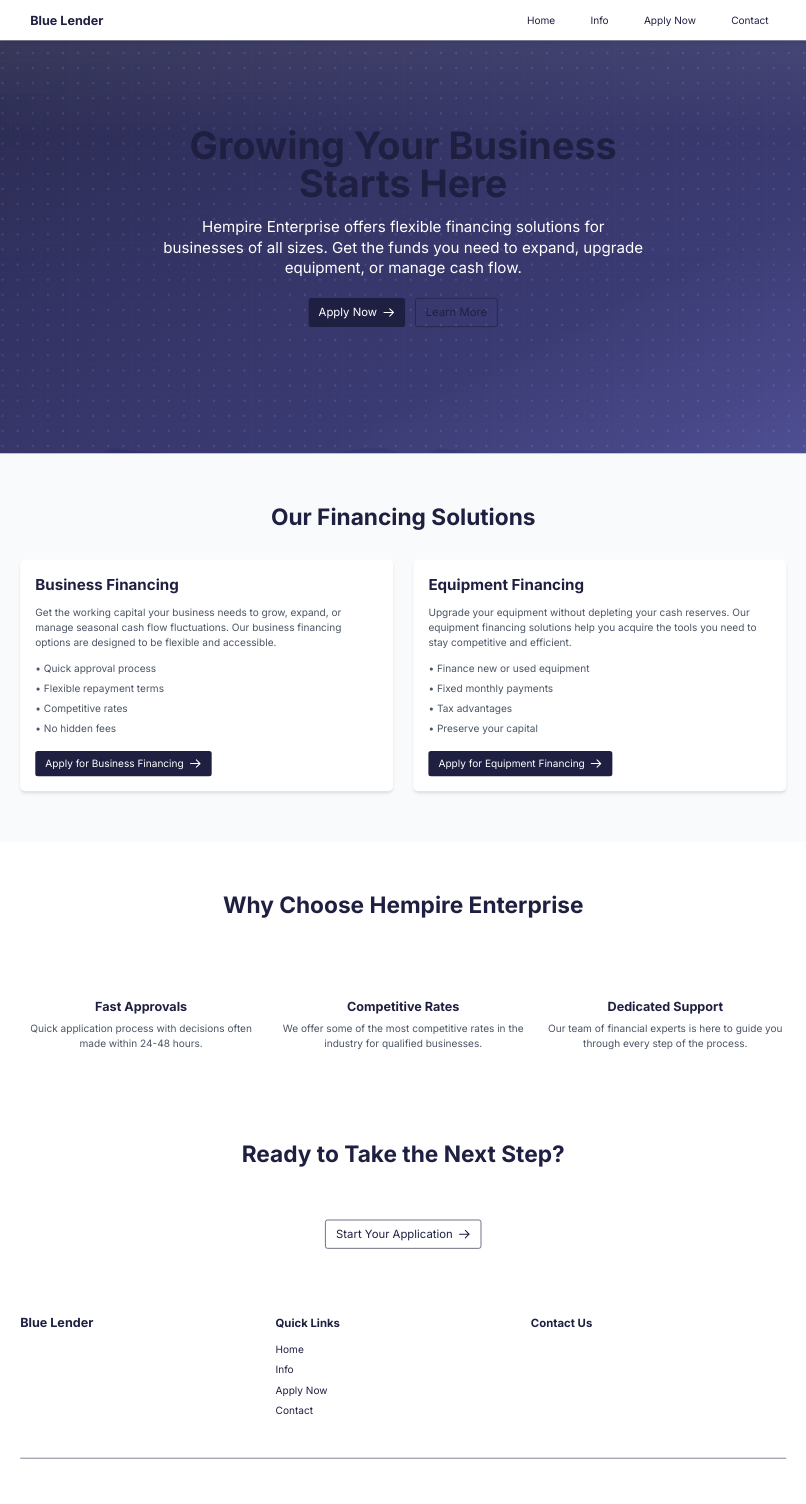
Repository: papykabukanyi/hellobluelender
Page: /
An editor plug-in stored every save of this project. The page is shown before and after the next save, followed by the edit.
The browser window is 1280 px wide. The pictures show the whole page, at 63% of full size.
The page's requests for data from a server got no answer. The project was rebuilt for these pictures with package versions that can differ from the ones it lists, and the page was loaded fresh each time. The framework's server and built-in components were replaced by stand-ins that run in the browser. No one was signed in, and anything a server would have sent is missing. Also part of the build but not shown: next.config.js, next.config.mjs, src/utils/gradientBackground.ts.

Above is the page before, as saved 2025-06-21 10:06:41.

### src/app/layout.tsx
import type { Metadata } from "next";
import { Inter } from "next/font/google";
import "./globals.css";
import Navbar from "@/components/Navbar";
import Footer from "@/components/Footer";
import { NextSeo } from "next-seo";
import InitializeApp from "@/components/InitializeApp";
import SchemaScript from "@/components/SchemaScript";

const inter = Inter({
  subsets: ["latin"],
  display: "swap",
  variable: "--font-inter",
});

export const metadata: Metadata = {
  title: "Hempire Enterprise - Business & Equipment Financing Solutions",
  description: "Hempire Enterprise provides flexible financing solutions for businesses. Apply online for equipment loans or business funding with competitive rates and quick approvals.",
  keywords: "business loans, equipment financing, business funding, commercial loans, small business loans, equipment leasing, hemp industry",
  authors: [{ name: "Hempire Enterprise" }],
  alternates: {
    canonical: "https://www.hempireenterprise.com",
  },
  metadataBase: new URL('https://www.hempireenterprise.com'),
  icons: {
    icon: [
      { url: '/favicon.svg', type: 'image/svg+xml' },
      { url: '/favicon.ico' }
    ],
    apple: [
      { url: '/favicon.svg', type: 'image/svg+xml' }
    ]
  },
  openGraph: {
    type: "website",
    locale: "en_US",
    url: "https://www.bluelender.com",
    title: "Blue Lender - Business & Equipment Financing Solutions",
    description: "Blue Lender provides flexible financing solutions for businesses. Apply online for equipment loans or business funding with competitive rates and quick approvals.",
    siteName: "Blue Lender",
    images: [
      {
        url: "https://www.bluelender.com/hero-background.jpg",
        width: 1200,
        height: 600,
        alt: "Blue Lender",
      }
    ],
  },
  twitter: {
    card: "summary_large_image",
    title: "Blue Lender - Business & Equipment Financing Solutions",
    description: "Blue Lender provides flexible financing solutions for businesses. Apply online for equipment loans or business funding with competitive rates and quick approvals.",
    creator: "@bluelender",
    images: ["https://www.bluelender.com/hero-background.jpg"],
  },
};

export default function RootLayout({
  children,
}: Readonly<{
  children: React.ReactNode;
}>) {
  return (
    <html lang="en" className={inter.variable}>
      <body className="flex flex-col min-h-screen">
        <SchemaScript />
        <InitializeApp />
        <Navbar />
        <main className="flex-grow pt-16">{children}</main>
        <Footer />
      </body>
    </html>
  );
}

### src/app/page.tsx
import Link from "next/link";
import GradientBackground from "@/components/GradientBackground";
import ApplyNowButton from "@/components/ApplyNowButton";

export default function Home() {
  return (
    <>
      {/* Hero Section */}
      <section
        style={{ marginTop: '-4rem' }} // To compensate for the navbar
      >
        <div className="relative h-screen flex items-center justify-center">
          <GradientBackground className="absolute inset-0" />
          <div className="container-custom z-10 text-center">
            <h1 className="text-4xl md:text-5xl lg:text-6xl font-bold mb-6 text-white">
              Growing Your Business <br /> Starts Here
            </h1>
            <p className="text-xl md:text-2xl mb-8 max-w-3xl mx-auto text-white">
              Hempire Enterprise offers flexible financing solutions for businesses of all sizes.
              Get the funds you need to expand, upgrade equipment, or manage cash flow.
            </p>
            <div className="flex flex-col sm:flex-row gap-4 justify-center">
              <ApplyNowButton
                href="/application"
                className="btn-primary text-lg px-8 py-3 hover:scale-105 transition-transform"
              >
                Apply Now
              </ApplyNowButton>
              <Link href="/info" className="btn-outline text-lg px-8 py-3 text-white border-white hover:bg-white hover:bg-opacity-10 transition-colors">
                Learn More
              </Link>
            </div>
          </div>
        </div>
      </section>

      {/* Loan Types Section */}
      <section className="py-20 bg-gray-50">
        <div className="container-custom">
          <h2 className="text-3xl md:text-4xl font-bold mb-12 text-center">Our Financing Solutions</h2>

          <div className="grid md:grid-cols-2 gap-8">
            {/* Business Loan Card */}
            <div className="card hover:shadow-lg transition-shadow">
              <h3 className="text-2xl font-bold mb-4">Business Financing</h3>
              <p className="mb-4 text-gray-600">
                Get the working capital your business needs to grow, expand, or manage seasonal cash flow fluctuations.
                Our business financing options are designed to be flexible and accessible.
              </p>
              <ul className="mb-6 space-y-2 text-gray-600">
                <li>• Quick approval process</li>
                <li>• Flexible repayment terms</li>
                <li>• Competitive rates</li>
                <li>• No hidden fees</li>
              </ul>
              <ApplyNowButton
                href="/application?type=business"
                className="btn-primary inline-block hover:scale-105 transition-transform"
              >
                Apply for Business Financing
              </ApplyNowButton>
            </div>

            {/* Equipment Loan Card */}
            <div className="card hover:shadow-lg transition-shadow">
              <h3 className="text-2xl font-bold mb-4">Equipment Financing</h3>
              <p className="mb-4 text-gray-600">
                Upgrade your equipment without depleting your cash reserves. Our equipment financing solutions
                help you acquire the tools you need to stay competitive and efficient.
              </p>
              <ul className="mb-6 space-y-2 text-gray-600">
                <li>• Finance new or used equipment</li>
                <li>• Fixed monthly payments</li>
                <li>• Tax advantages</li>
                <li>• Preserve your capital</li>
              </ul>
              <ApplyNowButton
                href="/application?type=equipment"
                className="btn-primary inline-block hover:scale-105 transition-transform"
              >
                Apply for Equipment Financing
              </ApplyNowButton>
            </div>
          </div>
        </div>
      </section>

      {/* Why Choose Us Section */}
      <section className="py-20">
        <div className="container-custom">
          <h2 className="text-3xl md:text-4xl font-bold mb-12 text-center">Why Choose Hempire Enterprise</h2>

          <div className="grid md:grid-cols-3 gap-8">
            <div className="text-center">
              <div className="bg-primary text-white w-16 h-16 rounded-full flex items-center justify-center mx-auto mb-4">
                <svg xmlns="http://www.w3.org/2000/svg" className="h-8 w-8" fill="none" viewBox="0 0 24 24" stroke="currentColor">
                  <path strokeLinecap="round" strokeLinejoin="round" strokeWidth={2} d="M13 10V3L4 14h7v7l9-11h-7z" />
                </svg>
              </div>
              <h3 className="text-xl font-bold mb-2">Fast Approvals</h3>
              <p className="text-gray-600">Quick application process with decisions often made within 24-48 hours.</p>
            </div>

            <div className="text-center">
              <div className="bg-primary text-white w-16 h-16 rounded-full flex items-center justify-center mx-auto mb-4">
                <svg xmlns="http://www.w3.org/2000/svg" className="h-8 w-8" fill="none" viewBox="0 0 24 24" stroke="currentColor">
                  <path strokeLinecap="round" strokeLinejoin="round" strokeWidth={2} d="M12 8c-1.657 0-3 .895-3 2s1.343 2 3 2 3 .895 3 2-1.343 2-3 2m0-8c1.11 0 2.08.402 2.599 1M12 8V7m0 1v8m0 0v1m0-1c-1.11 0-2.08-.402-2.599-1M21 12a9 9 0 11-18 0 9 9 0 0118 0z" />
                </svg>
              </div>
              <h3 className="text-xl font-bold mb-2">Competitive Rates</h3>
              <p className="text-gray-600">We offer some of the most competitive rates in the industry for qualified businesses.</p>
            </div>

            <div className="text-center">
              <div className="bg-primary text-white w-16 h-16 rounded-full flex items-center justify-center mx-auto mb-4">
                <svg xmlns="http://www.w3.org/2000/svg" className="h-8 w-8" fill="none" viewBox="0 0 24 24" stroke="currentColor">
                  <path strokeLinecap="round" strokeLinejoin="round" strokeWidth={2} d="M17 8h2a2 2 0 012 2v6a2 2 0 01-2 2h-2v4l-4-4H9a1.994 1.994 0 01-1.414-.586m0 0L11 14h4a2 2 0 002-2V6a2 2 0 00-2-2H5a2 2 0 00-2 2v6a2 2 0 002 2h2v4l.586-.586z" />
                </svg>
              </div>
              <h3 className="text-xl font-bold mb-2">Dedicated Support</h3>
              <p className="text-gray-600">Our team of financial experts is here to guide you through every step of the process.</p>
            </div>
          </div>
        </div>
      </section>

      {/* CTA Section */}
      <section className="py-16 bg-primary text-white">
        <div className="container-custom text-center">
          <h2 className="text-3xl md:text-4xl font-bold mb-6 text-white">Ready to Take the Next Step?</h2>
          <p className="text-xl mb-8 max-w-2xl mx-auto">
            Apply today and get the financing your business needs to succeed.
          </p>
          <ApplyNowButton
            href="/application"
            className="btn-outline text-white border-white text-lg px-8 py-3 hover:bg-white hover:text-primary hover:bg-opacity-90 transition-colors"
          >
            Start Your Application
          </ApplyNowButton>
        </div>
      </section>
    </>
  );
}

### src/app/globals.css
@import "tailwindcss";

:root {
  --background: #ffffff;
  --foreground: #1F2041;
}

body {
  background: var(--background);
  color: var(--foreground);
  font-family: 'Inter', Arial, Helvetica, sans-serif;
}

/* Utility Classes */
.btn-primary {
  background-color: #1F2041;
  color: white;
  padding: 0.5rem 1rem;
  border-radius: 0.25rem;
  transition-property: background-color;
  transition-duration: 200ms;
}

.btn-primary:hover {
  background-color: #33355e;
}

.btn-outline {
  border: 1px solid #1F2041;
  color: #1F2041;
  padding: 0.5rem 1rem;
  border-radius: 0.25rem;
  transition-property: background-color, color;
  transition-duration: 200ms;
}

.btn-outline:hover {
  background-color: #1F2041;
  color: white;
}

.card {
  background-color: white;
  padding: 1.5rem;
  border-radius: 0.5rem;
  box-shadow: 0 4px 6px -1px rgba(0, 0, 0, 0.1), 0 2px 4px -1px rgba(0, 0, 0, 0.06);
}

.form-input {
  width: 100%;
  border-radius: 0.25rem;
  border-color: #d1d5db;
}

.form-input:focus {
  border-color: #1F2041;
  outline: none;
  box-shadow: 0 0 0 3px rgba(31, 32, 65, 0.2);
}

.container-custom {
  width: 100%;
  margin-left: auto;
  margin-right: auto;
  padding-left: 1rem;
  padding-right: 1rem;
}

@media (min-width: 640px) {
  .container-custom {
    padding-left: 1.5rem;
    padding-right: 1.5rem;
  }
}

@media (min-width: 1024px) {
  .container-custom {
    padding-left: 2rem;
    padding-right: 2rem;
  }
}

h1, h2, h3, h4, h5, h6 {
  font-weight: 700;
  color: #1F2041;
}

a {
  color: #1F2041;
  transition-property: color;
  transition-duration: 200ms;
}

a:hover {
  color: #33355e;
}

### src/components/Navbar.tsx
import Link from 'next/link';
import { ReactNode } from 'react';

interface NavbarProps {
  transparent?: boolean;
}

export default function Navbar({ transparent = false }: NavbarProps) {
  const navClass = transparent
    ? 'bg-transparent text-white'
    : 'bg-white text-primary shadow-md';

  return (
    <nav className={`fixed top-0 left-0 right-0 z-50 px-4 transition-all duration-300 ${navClass}`}>
      <div className="container-custom flex items-center justify-between h-16">
        <div className="flex items-center">
          <Link href="/" className="text-xl font-bold">
            Blue Lender
          </Link>
        </div>

        <div className="hidden md:flex space-x-8">
          <Link href="/" className="hover:text-white hover:bg-primary px-3 py-2 rounded transition-all">
            Home
          </Link>
          <Link href="/info" className="hover:text-white hover:bg-primary px-3 py-2 rounded transition-all">
            Info
          </Link>
          <Link href="/application" className="hover:text-white hover:bg-primary px-3 py-2 rounded transition-all">
            Apply Now
          </Link>
          <Link href="/contact" className="hover:text-white hover:bg-primary px-3 py-2 rounded transition-all">
            Contact
          </Link>
        </div>

        <div className="md:hidden">
          <button className="p-2">
            <svg xmlns="http://www.w3.org/2000/svg" className="h-6 w-6" fill="none" viewBox="0 0 24 24" stroke="currentColor">
              <path strokeLinecap="round" strokeLinejoin="round" strokeWidth={2} d="M4 6h16M4 12h16M4 18h16" />
            </svg>
          </button>
        </div>
      </div>
    </nav>
  );
}

### src/components/Footer.tsx
import Link from 'next/link';

export default function Footer() {
  return (
    <footer className="bg-primary text-white pt-10 pb-6">
      <div className="container-custom">
        <div className="flex flex-wrap">
          <div className="w-full md:w-1/3 mb-6">
            <h3 className="text-xl font-bold mb-4 text-white">Blue Lender</h3>
            <p className="mb-4 text-white">
              Helping businesses grow with flexible financing solutions.
              We provide equipment and business financing that fits your needs.
            </p>
          </div>

          <div className="w-full md:w-1/3 mb-6">
            <h4 className="text-lg font-bold mb-4 text-white">Quick Links</h4>
            <ul className="space-y-2">
              <li>
                <Link href="/" className="text-white hover:text-gray-300">
                  Home
                </Link>
              </li>
              <li>
                <Link href="/info" className="text-white hover:text-gray-300">
                  Info
                </Link>
              </li>
              <li>
                <Link href="/application" className="text-white hover:text-gray-300">
                  Apply Now
                </Link>
              </li>
              <li>
                <Link href="/contact" className="text-white hover:text-gray-300">
                  Contact
                </Link>
              </li>
            </ul>
          </div>

          <div className="w-full md:w-1/3 mb-6">
            <h4 className="text-lg font-bold mb-4 text-white">Contact Us</h4>
            <address className="not-italic">
              <p className="mb-2 text-white">123 Finance Street</p>
              <p className="mb-2 text-white">New York, NY 10001</p>
              <p className="mb-2 text-white">Phone: (555) 123-4567</p>
              <p className="mb-2 text-white">Email: info@bluelender.com</p>
            </address>
          </div>
        </div>

        <div className="border-t border-gray-700 mt-8 pt-6 text-center">
          <p className="text-white">&copy; {new Date().getFullYear()} Blue Lender. All rights reserved.</p>
        </div>
      </div>
    </footer>
  );
}

### src/components/InitializeApp.tsx
'use client';

import { useEffect, useState } from 'react';

export default function InitializeApp() {
  const [initialized, setInitialized] = useState(false);

  useEffect(() => {
    const initializeAdmin = async () => {
      try {
        const response = await fetch('/api/admin/initialize');
        const data = await response.json();

        if (data.success) {
          console.log('Admin data initialized successfully');
        } else {
          console.error('Failed to initialize admin data');
        }
      } catch (error) {
        console.error('Error initializing admin data:', error);
      } finally {
        setInitialized(true);
      }
    };

    initializeAdmin();
  }, []);

  // This component doesn't render anything visible
  return null;
}

### src/components/SchemaScript.tsx
'use client';

import Script from 'next/script';

export default function SchemaScript() {
  // Organization schema
  const organizationSchema = {
    '@context': 'https://schema.org',
    '@type': 'FinancialService',
    name: 'Blue Lender',
    url: 'https://www.bluelender.com',
    logo: 'https://www.bluelender.com/favicon.svg',
    description: 'Blue Lender provides flexible financing solutions for businesses. Apply online for equipment loans or business funding with competitive rates and quick approvals.',
    address: {
      '@type': 'PostalAddress',
      streetAddress: '123 Main Street',
      addressLocality: 'New York',
      addressRegion: 'NY',
      postalCode: '10001',
      addressCountry: 'US'
    },
    contactPoint: {
      '@type': 'ContactPoint',
      telephone: '+1-555-123-4567',
      contactType: 'customer service'
    },
    sameAs: [
      'https://www.facebook.com/bluelender',
      'https://twitter.com/bluelender',
      'https://www.linkedin.com/company/bluelender'
    ],
    areaServed: 'US',
    priceRange: '$$'
  };

  return (
    <Script
      id="schema-org-data"
      type="application/ld+json"
      dangerouslySetInnerHTML={{ __html: JSON.stringify(organizationSchema) }}
    />
  );
}

### src/components/GradientBackground.tsx
'use client';

import { CSSProperties, useEffect, useState } from 'react';
import createGradientBg from '@/utils/gradientBackground';

export default function GradientBackground({
  className,
  style,
  children
}: {
  className?: string;
  style?: CSSProperties;
  children?: React.ReactNode;
}) {
  const [dataUrl, setDataUrl] = useState<string>('');

  useEffect(() => {
    // Create SVG and convert to data URL
    const svgContent = createGradientBg();
    const dataUrl = `data:[embedded picture, 64 characters])}`;
    setDataUrl(dataUrl);
  }, []);

  return (
    <div
      className={className}
      style={{
        ...style,
        backgroundImage: dataUrl ? `url("${dataUrl}")` : undefined,
        backgroundSize: 'cover',
        backgroundPosition: 'center',
        color: 'white' // Ensure text is white as requested
      }}
    >
      {children}
    </div>
  );
}

### src/components/ApplyNowButton.tsx
'use client';

import { useState } from 'react';
import { useRouter } from 'next/navigation';

type ApplyNowButtonProps = {
  href: string;
  className?: string;
  children: React.ReactNode;
};

export default function ApplyNowButton({ href, className = '', children }: ApplyNowButtonProps) {
  const [isLoading, setIsLoading] = useState(false);
  const router = useRouter();

  const handleClick = (e: React.MouseEvent<HTMLAnchorElement>) => {
    e.preventDefault();
    setIsLoading(true);

    // Simulate loading for better UX
    setTimeout(() => {
      router.push(href);
    }, 500);
  };

  return (
    <a
      href={href}
      onClick={handleClick}
      className={`${className} inline-flex items-center justify-center`}
    >
      {isLoading ? (
        <span className="flex items-center">
          <svg
            className="animate-spin -ml-1 mr-3 h-5 w-5 text-white"
            xmlns="http://www.w3.org/2000/svg"
            fill="none"
            viewBox="0 0 24 24"
          >
            <circle
              className="opacity-25"
              cx="12"
              cy="12"
              r="10"
              stroke="currentColor"
              strokeWidth="4"
            ></circle>
            <path
              className="opacity-75"
              fill="currentColor"
              d="M4 12a8 8 0 018-8V0C5.373 0 0 5.373 0 12h4zm2 5.291A7.962 7.962 0 014 12H0c0 3.042 1.135 5.824 3 7.938l3-2.647z"
            ></path>
          </svg>
          Loading...
        </span>
      ) : (
        <span className="flex items-center">
          {children}
          <svg className="ml-2 h-5 w-5" xmlns="http://www.w3.org/2000/svg" fill="none" viewBox="0 0 24 24" stroke="currentColor">
            <path strokeLinecap="round" strokeLinejoin="round" strokeWidth={2} d="M14 5l7 7m0 0l-7 7m7-7H3" />
          </svg>
        </span>
      )}
    </a>
  );
}

After the next save:
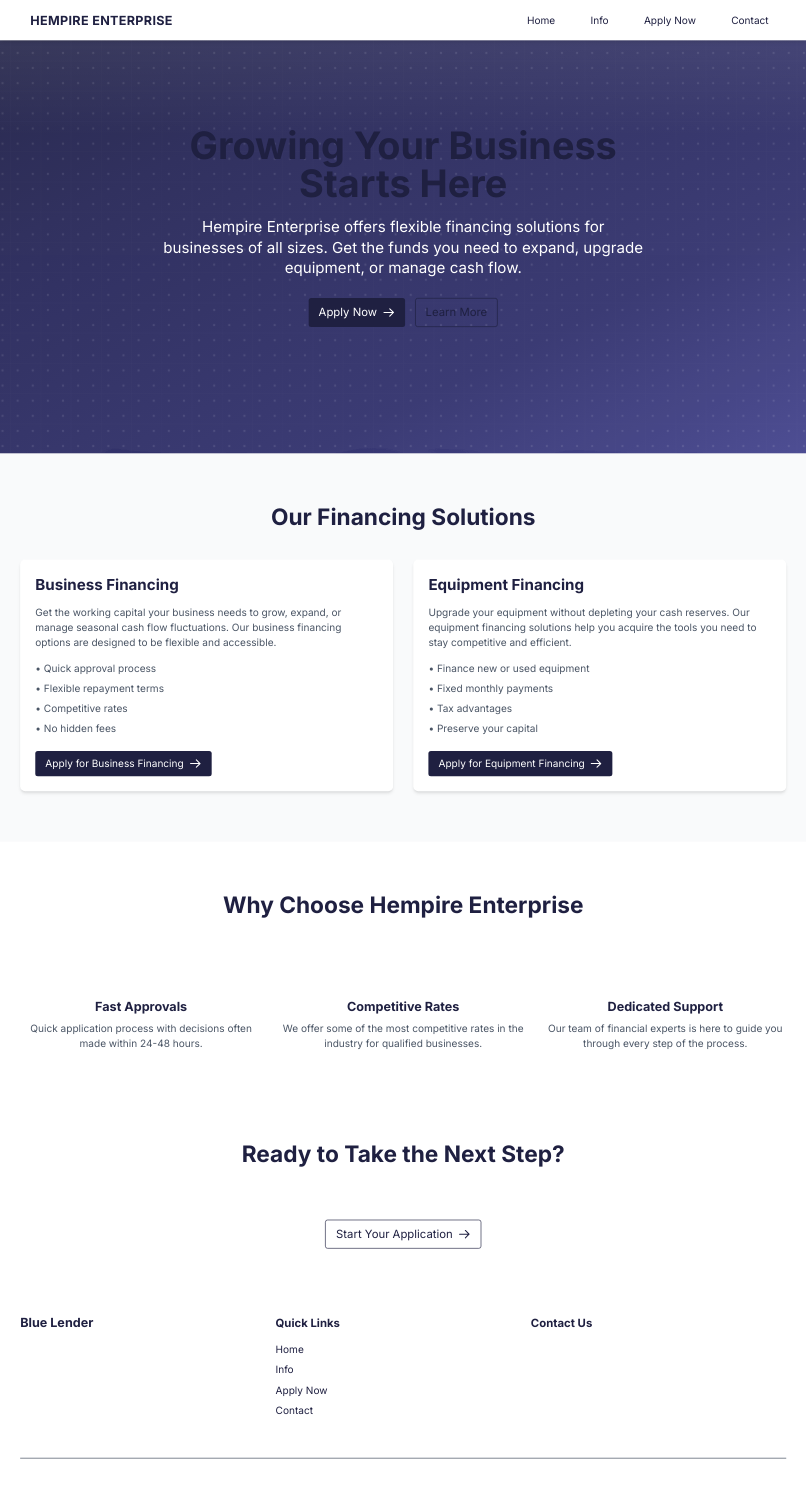
Saved 28 s later.
--- a/src/components/Navbar.tsx
+++ b/src/components/Navbar.tsx
@@ -13,9 +13,8 @@
   return (
     <nav className={`fixed top-0 left-0 right-0 z-50 px-4 transition-all duration-300 ${navClass}`}>
       <div className="container-custom flex items-center justify-between h-16">
-        <div className="flex items-center">
-          <Link href="/" className="text-xl font-bold">
-            Blue Lender
+        <div className="flex items-center">          <Link href="/" className="text-xl font-bold font-impact tracking-wide">
+            HEMPIRE ENTERPRISE
           </Link>
         </div>
 
